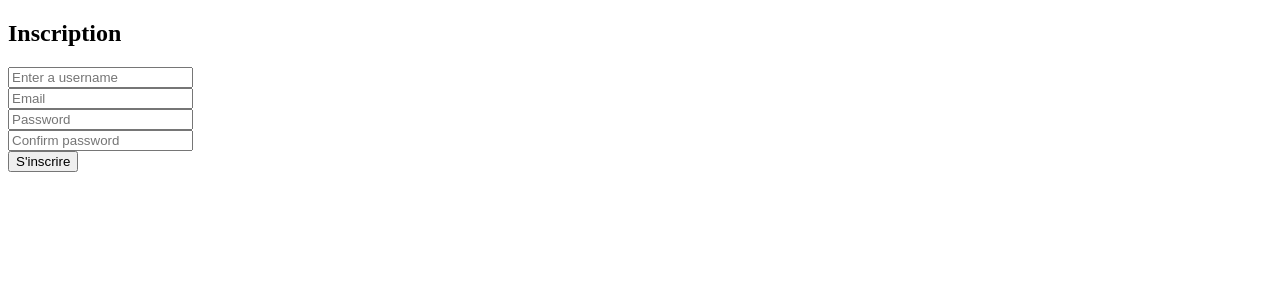
Repository: LoucmanMachababy/my_snapchat
Page: /register (app in my_snapchat/)
The author's editor kept a copy of each file at every save. The page is drawn from the files as they stood at one save, then again after the next save.
The browser window is 1280 px wide. The pictures show the whole page.
The project was rebuilt for these pictures with package versions that can differ from the ones it lists, and the page was loaded fresh each time. Also part of the build but not shown: my_snapchat/src/SplashScreen.js, my_snapchat/src/HomeScreen.js, my_snapchat/src/App.js, my_snapchat/src/Login.js.

Above is the page before, as saved 2025-05-20 23:43:00.

### my_snapchat/src/index.js
import React from "react";
import ReactDOM from "react-dom/client";
import { BrowserRouter, Routes, Route } from "react-router-dom";
import App from "./App";
import Register from "./Register";
import Login from "./Login";

const root = ReactDOM.createRoot(document.getElementById("root"));
root.render(
  <BrowserRouter>
    <Routes>
      <Route path="/" element={<App />} />
      <Route path="/register" element={<Register />} />
      <Route path="/register" element={<Login />} />
    </Routes>
  </BrowserRouter>
);

### my_snapchat/src/Register.js
import React, { useState } from "react";
import axios from "axios";
import { useNavigate } from "react-router-dom";

function Register() {
  const [form, setForm] = useState({
    username: "",
    email: "",
    password: "",
  });
  const [error, setError] = useState("");
  const navigate = useNavigate();

  const handleChange = (e) =>
    setForm({ ...form, [e.target.name]: e.target.value });

  const handleSubmit = async (e) => {
    e.preventDefault();
    if (form.password !== form.confirmPassword) {
      return setError("Les mots de passe ne correspondent pas.");
    }
    try {
      await axios.post("/api/auth/register", form);
      navigate("/");
    } catch (err) {
      const msg =
        err.response?.data?.message || "Erreur lors de l'inscription.";
      setError(msg);
    }
  };

  return (
    <form onSubmit={handleSubmit}>
      <h2>Inscription</h2>
      {error && <p style={{ color: "red" }}>{error}</p>}
      <input
        type="text"
        name="username"
        placeholder="Enter a username"
        minLength={5}
        maxLength={20}
        required
        value={form.username}
        onChange={handleChange}
      />
      <br />
      <input
        type="email"
        name="email"
        placeholder="Email"
        required
        value={form.email}
        onChange={handleChange}
      />
      <br />
      <input
        type="password"
        name="password"
        placeholder="Password"
        required
        value={form.password}
        onChange={handleChange}
      />
      <br />
      <input
        type="password"
        name="confirmPassword"
        placeholder="Confirm password"
        required
        value={form.confirmPassword}
        onChange={handleChange}
      />
      <br />
      <button type="submit">S'inscrire</button>
    </form>
  );
}

export default Register;

Loaded but not shown: my_snapchat/public/index.html (common file)

After the next save:
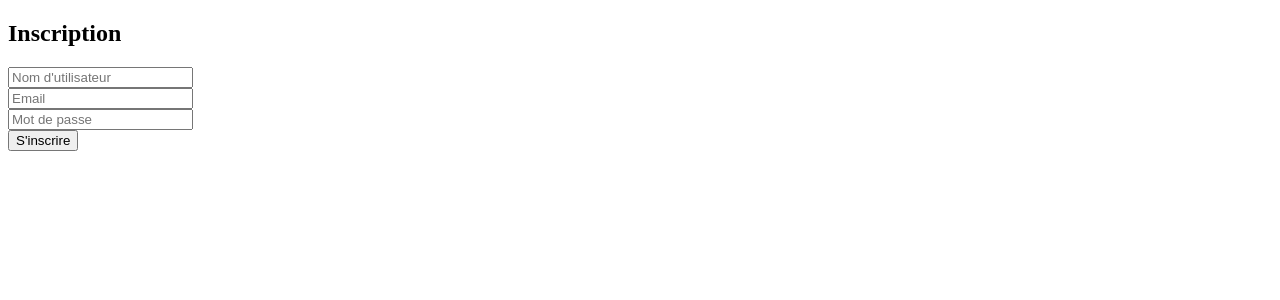
Saved 53 s later.
--- a/my_snapchat/src/Register.js
+++ b/my_snapchat/src/Register.js
@@ -16,12 +16,16 @@ function Register() {
 
   const handleSubmit = async (e) => {
     e.preventDefault();
-    if (form.password !== form.confirmPassword) {
-      return setError("Les mots de passe ne correspondent pas.");
-    }
+
     try {
-      await axios.post("/api/auth/register", form);
-      navigate("/");
+      // Assure-toi que le backend attend "login", pas "username"
+      await axios.post("/api/auth/register", {
+        login: form.username,
+        email: form.email,
+        password: form.password,
+      });
+
+      navigate("/"); // Redirection vers la page de connexion
     } catch (err) {
       const msg =
         err.response?.data?.message || "Erreur lors de l'inscription.";
@@ -33,17 +37,19 @@ function Register() {
     <form onSubmit={handleSubmit}>
       <h2>Inscription</h2>
       {error && <p style={{ color: "red" }}>{error}</p>}
+
       <input
         type="text"
         name="username"
-        placeholder="Enter a username"
-        minLength={5}
+        placeholder="Nom d'utilisateur"
+        minLength={3}
         maxLength={20}
         required
         value={form.username}
         onChange={handleChange}
       />
       <br />
+
       <input
         type="email"
         name="email"
@@ -53,24 +59,17 @@ function Register() {
         onChange={handleChange}
       />
       <br />
+
       <input
         type="password"
         name="password"
-        placeholder="Password"
+        placeholder="Mot de passe"
         required
         value={form.password}
         onChange={handleChange}
       />
       <br />
-      <input
-        type="password"
-        name="confirmPassword"
-        placeholder="Confirm password"
-        required
-        value={form.confirmPassword}
-        onChange={handleChange}
-      />
-      <br />
+
       <button type="submit">S'inscrire</button>
     </form>
   );
